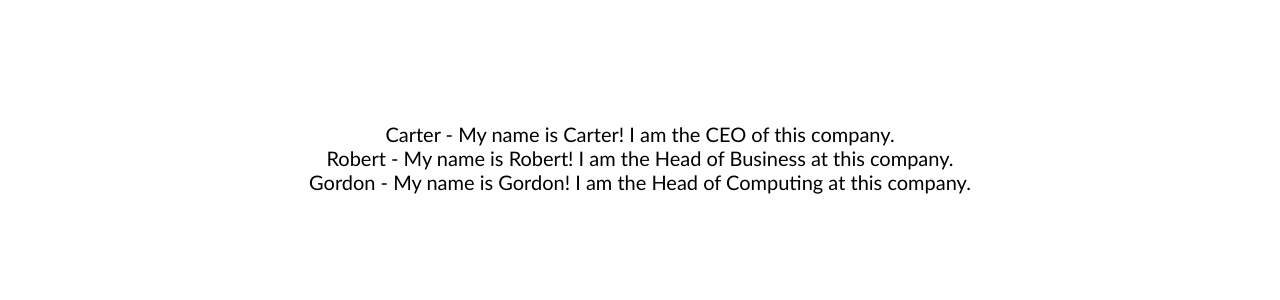
Repository: cartervandekamp/class03-styled-2109
Page: /about
The author's editor kept a copy of each file at every save. The page is drawn from the files as they stood at one save, then again after the next save.
The browser window is 1280 px wide. The pictures show the whole page.
The project was rebuilt for these pictures with package versions that can differ from the ones it lists, and the page was loaded fresh each time. The framework's server and built-in components were replaced by stand-ins that run in the browser. Also part of the build but not shown: next.config.js.

Above is the page before, as saved 2023-01-24 17:13:18.

After the next save:
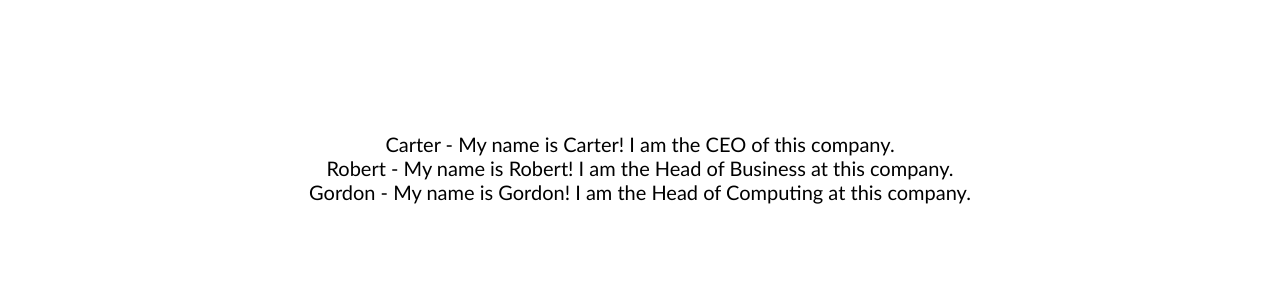
Saved 5 s later.
--- a/styles/About.module.css
+++ b/styles/About.module.css
@@ -10,6 +10,6 @@
 .names {
     text-align: center;
     font-size: 20px;
-    padding: 30px;
+    padding: 40px;
 
 }
